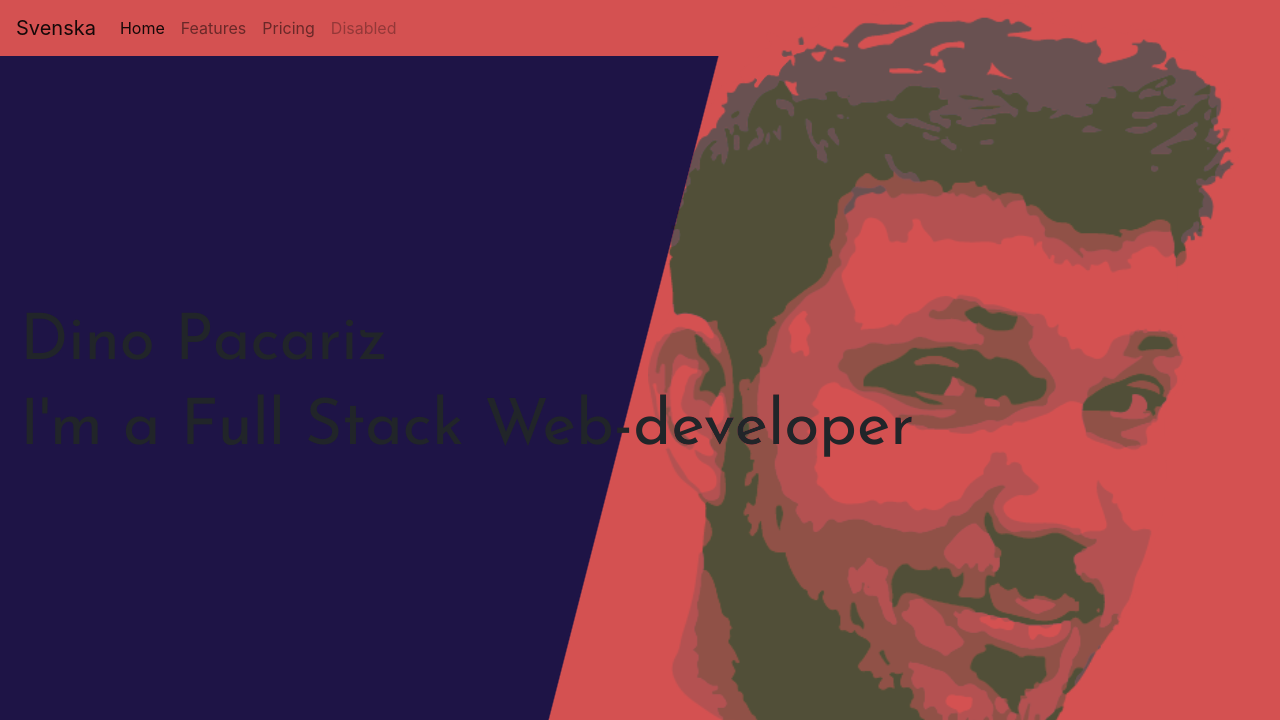
Repository: ImDino/Portfolio
Page: index.html
The author's editor kept a copy of each file at every save. The page is drawn from the files as they stood at one save, then again after the next save.
The browser window is 1280 px wide. The pictures show the whole page.
Some web libraries are served in a nearby version. The style sheet was rebuilt from its Sass, Less or Tailwind sources for each picture, by a compiler version that may differ from the author's.

Above is the page before, as saved 2020-11-04 00:15:19.

### index.html
<!DOCTYPE html>
<html lang="en">
<head>
    <meta charset="UTF-8">
    <meta name="viewport" content="width=device-width, initial-scale=1.0">
    <link rel="stylesheet" href="https://cdn.jsdelivr.net/npm/bootstrap@4.5.3/dist/css/bootstrap.min.css" integrity="sha384-TX8t27EcRE3e/ihU7zmQxVncDAy5uIKz4rEkgIXeMed4M0jlfIDPvg6uqKI2xXr2" crossorigin="anonymous">
    <link href="https://fonts.googleapis.com/css2?family=Josefin+Sans&display=swap" rel="stylesheet">

    <script src="https://code.jquery.com/jquery-3.5.1.slim.min.js" integrity="sha384-DfXdz2htPH0lsSSs5nCTpuj/zy4C+OGpamoFVy38MVBnE+IbbVYUew+OrCXaRkfj" crossorigin="anonymous"></script>
    <script src="https://cdn.jsdelivr.net/npm/bootstrap@4.5.3/dist/js/bootstrap.bundle.min.js" integrity="sha384-ho+j7jyWK8fNQe+A12Hb8AhRq26LrZ/JpcUGGOn+Y7RsweNrtN/tE3MoK7ZeZDyx" crossorigin="anonymous"></script>
    <script src="https://cdnjs.cloudflare.com/ajax/libs/gsap/3.5.1/gsap.min.js"></script>
    <script src="/js/main.js"></script>


    <link rel="stylesheet" href="css/main.css">
    <title>Dino's Portfolio</title>
</head>
<body>
    <div id='pseudo-div'></div>
    <nav class="navbar navbar-expand-lg navbar-light bg-light">
        <!-- <a class="navbar-brand" href="#">Navbar</a> -->
        <a class="navbar-brand" id='lang' href="#">Svenska</a>
        <button class="navbar-toggler" type="button" data-toggle="collapse" data-target="#navbarNav" aria-controls="navbarNav" aria-expanded="false" aria-label="Toggle navigation">
          <span class="navbar-toggler-icon"></span>
        </button>
        <div class="collapse navbar-collapse" id="navbarNav">
          <ul class="navbar-nav">
            <li class="nav-item active">
              <a class="nav-link" href="#">Home <span class="sr-only">(current)</span></a>
            </li>
            <li class="nav-item">
              <a class="nav-link" href="#">Features</a>
            </li>
            <li class="nav-item">
              <a class="nav-link" href="#">Pricing</a>
            </li>
            <li class="nav-item">
              <a class="nav-link disabled" href="#" tabindex="-1" aria-disabled="true">Disabled</a>
            </li>
          </ul>
        </div>
    </nav>
    <div id='purple-div'>
        <h1>Dino Pacariz</h1>
        <h4>I'm a Full Stack Web-developer</h4>
    </div>
    <div id='face'>
        <img src="img/vectorFace.png" alt="">
    </div>
</body>
</html>

### js/main.js
document.addEventListener('DOMContentLoaded', () => {
    gsap.from("#purple-div", {duration: 1, x: -1000});
    gsap.from("#face", {duration: 1, opacity: 0});
    gsap.from("#face", {clearProps: 'all', duration: 1, x:100});
    TweenLite.from('#face', {y:20, ease:Linear.easeNone});

    // localStorage.clear()



    /*:::::::START:::::::::
    ::: Refresh Counter :::
    :::::::::::::::::::::*/

    if(localStorage.getItem('refreshCount') == null) {
        localStorage.setItem('refreshCount', 1);
    } else {
        let  localRefreshCount = localStorage.getItem('refreshCount')
        localRefreshCount++;
        localStorage.setItem('refreshCount', localRefreshCount);
    }
    if (parseInt(localStorage.getItem('refreshCount')) > 10) {
        localStorage.setItem('refreshCount', 1);
    }
    console.log('RefreshCount: '+localStorage.getItem('refreshCount'))


    /*::::::::END::::::::::
    ::: Refresh Counter :::
    :::::::::::::::::::::*/
})

### scss/main.scss


body {
    background-color: #D45151;

}

#pseudo-div {
    width: 100%;
    background-color: red;
}

.navbar {
    background-color: #D45151 !important;
}

#purple-div {
    padding-top: 60px;
    position: absolute;
    top: 0;
    bottom: 0;
    left: 0;
    right: 0;
    z-index: -1;
    background: linear-gradient(104.35deg, #1E1446 50%, rgba(255, 255, 255, 0) 50.1%);
    display: grid;
    place-content: center left;

    h1, h4 {
        margin-left: 20px;
        font-family: 'Josefin Sans', sans-serif;
        font-style: normal;
        font-weight: normal;
        font-size: 4em;
    }
}

#face {
    position: fixed;
    top: 0;
    bottom: 0;
    left: 0;
    right: 0;
    display: grid;

    mix-blend-mode: darken;

    img {
        margin-right: 2rem;
        width: 600px;
        justify-self: right;
        align-self: center;
    }
}



/* //TODO
1. Darkmode, ställa in särskilda färger IFALL man är i darkmode? UX baby.

*/

After the next save:
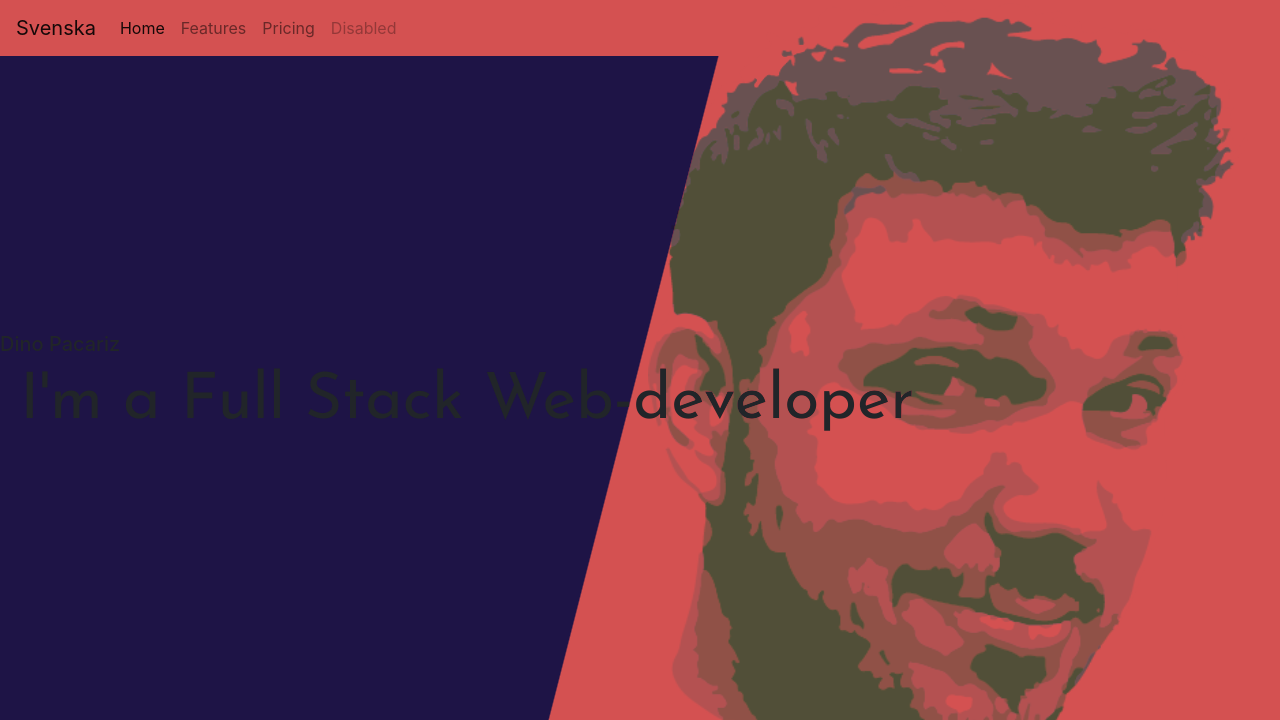
Saved 43 s later.
--- a/index.html
+++ b/index.html
@@ -41,7 +41,7 @@
         </div>
     </nav>
     <div id='purple-div'>
-        <h1>Dino Pacariz</h1>
+        <h5>Dino Pacariz</h5>
         <h4>I'm a Full Stack Web-developer</h4>
     </div>
     <div id='face'>

After the save that followed:
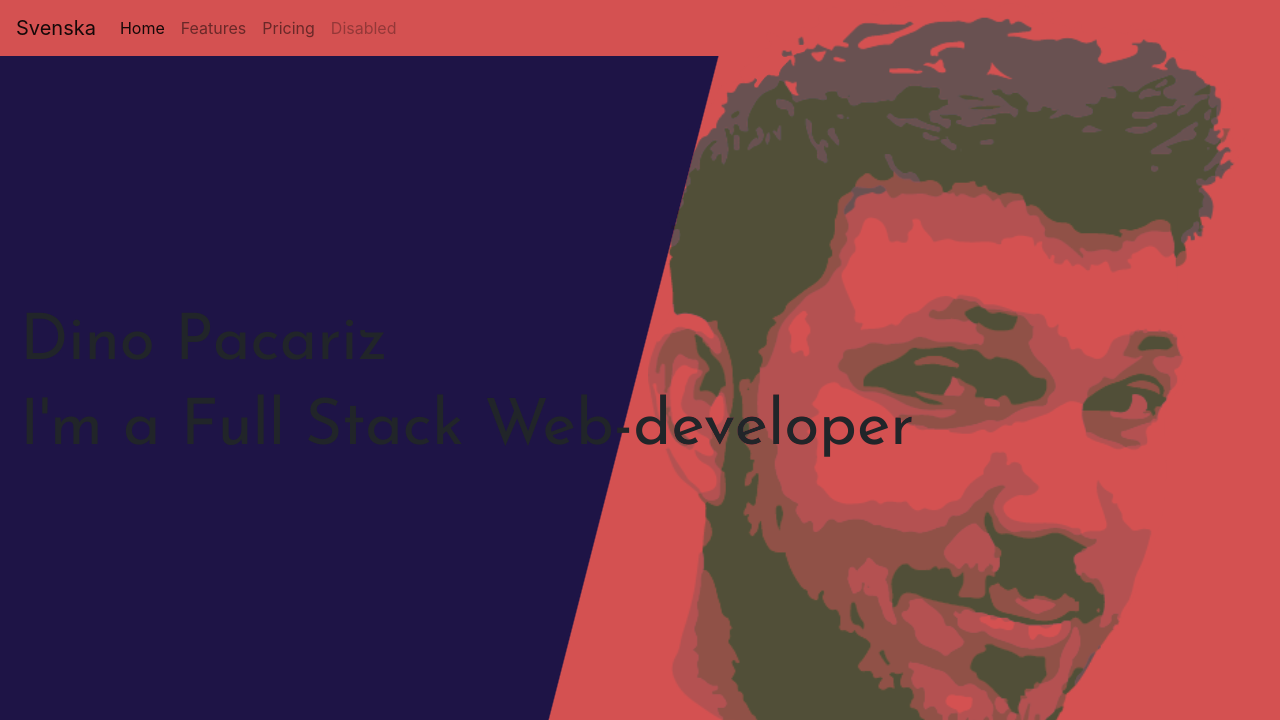
Saved 6 s later.
--- a/index.html
+++ b/index.html
@@ -41,7 +41,7 @@
         </div>
     </nav>
     <div id='purple-div'>
-        <h5>Dino Pacariz</h5>
+        <h1>Dino Pacariz</h1>
         <h4>I'm a Full Stack Web-developer</h4>
     </div>
     <div id='face'>
